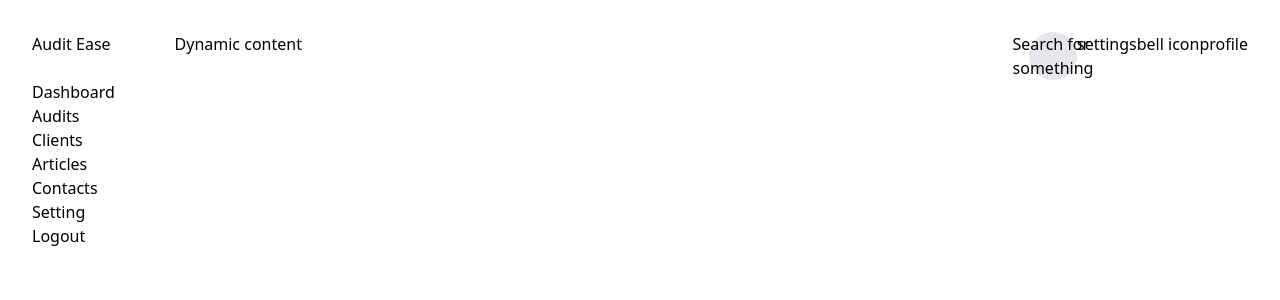
Repository: EclipticCode/Audit-Ease-FE
Page: /
An editor plug-in stored every save of this project. The page is shown before and after the next save, followed by the edit.
The browser window is 1280 px wide. The pictures show the whole page.
Some web libraries are served in a nearby version. The project was rebuilt for these pictures with package versions that can differ from the ones it lists, and the page was loaded fresh each time. Also part of the build but not shown: vite.config.js, Login.jsx, src/Navbar.jsx.

Above is the page before, as saved 2025-03-27 20:59:35.

### index.html
<!doctype html>
<html lang="en">
  <head>
    <meta charset="UTF-8" />
    <link rel="icon" type="image/svg+xml" href="" />
    <meta name="viewport" content="width=device-width, initial-scale=1.0" />
    <title>Audit Ease</title>
     <!-- Bootstrap Icon link-->
     <link
     rel="stylesheet"
     href="https://cdn.jsdelivr.net/npm/bootstrap-icons@1.11.3/font/bootstrap-icons.min.css"
   />
    <!-- Font awesome CDN -->
    <link rel="stylesheet" href="https://cdnjs.cloudflare.com/ajax/libs/font-awesome/6.6.0/css/all.min.css">
  </head>
  <body>
    <div id="root"></div>
    <script type="module" src="/src/main.jsx"></script>
  </body>
</html>

### src/main.jsx
import React from "react";
import ReactDOM from "react-dom/client";
import App from "./App";
import "./index.css"; // Ensure Tailwind styles are imported

ReactDOM.createRoot(document.getElementById("root")).render(
  <React.StrictMode>
    <App />
  </React.StrictMode>
);

### src/App.jsx
import React from 'react'
import Login from '../Login'
import Navbar from './Navbar'
import NavandSideBar from './NavandSideBar'

const App = () => {
  return (
   <div>
      <NavandSideBar/>
   </div>
  )
}

export default App

### src/index.css
@import url('https://fonts.googleapis.com/css2?family=Roboto:ital,wght@0,100..900;1,100..900&display=swap');

@import "tailwindcss";

@theme {
  --font-roboto: "Roboto", sans-serif;
  --font-weight-light: 300;
  --font-weight-normal: 400;
  --font-weight-medium: 500;
  --font-weight-semibold: 600;
  --font-weight-bold: 700;
  --color-soft-primary: #B2C4FB;
  --color-light-primary: #053ADA;
  --color-dark-primary: #032691;
  --color-deep-primary: #021655;
  --color-soft-seconday: #FFFFFF;
  --color-light-seconday: #B1B1B1;
  --color-dark-seconday: #263238;
  --color-deep-seconday: #000000;

}

### src/NavandSideBar.jsx
import React from 'react'

const NavandSideBar = () => {
  return (
    <div className='m-8'>
        <div className='flex flex-row justify-between'>
            <div className='flex'>
            <div>Audit Ease</div>
            <div className='ml-16'>Dynamic content</div>
            </div>
            <div className='flex'>
            <div className="w-12 h-12 bg-gray-200 flex items-center justify-center rounded-full">Search for something</div>
            <div>settings</div>
            <div>bell icon</div>
            <div>profile</div>
            </div>
        </div>
        <div className='flex flex-col'>
            <div>Dashboard</div>
            <div>Audits</div>
            <div>Clients</div>
            <div>Articles</div>
            <div>Contacts</div>
            <div>Setting</div>
            <div>Logout</div>
        </div>
    </div>
  )
}

export default NavandSideBar

After the next save:
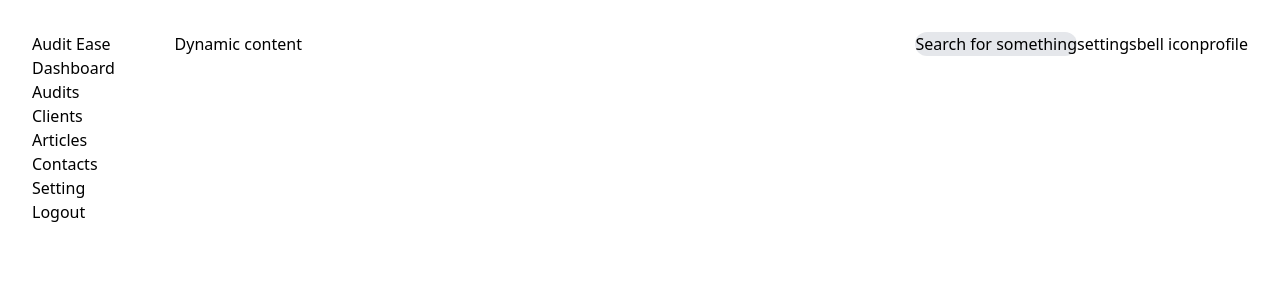
Saved 15 s later.
--- a/src/NavandSideBar.jsx
+++ b/src/NavandSideBar.jsx
@@ -9,7 +9,7 @@ const NavandSideBar = () => {
             <div className='ml-16'>Dynamic content</div>
             </div>
             <div className='flex'>
-            <div className="w-12 h-12 bg-gray-200 flex items-center justify-center rounded-full">Search for something</div>
+            <div className="bg-gray-200 flex items-center justify-center rounded-full">Search for something</div>
             <div>settings</div>
             <div>bell icon</div>
             <div>profile</div>
